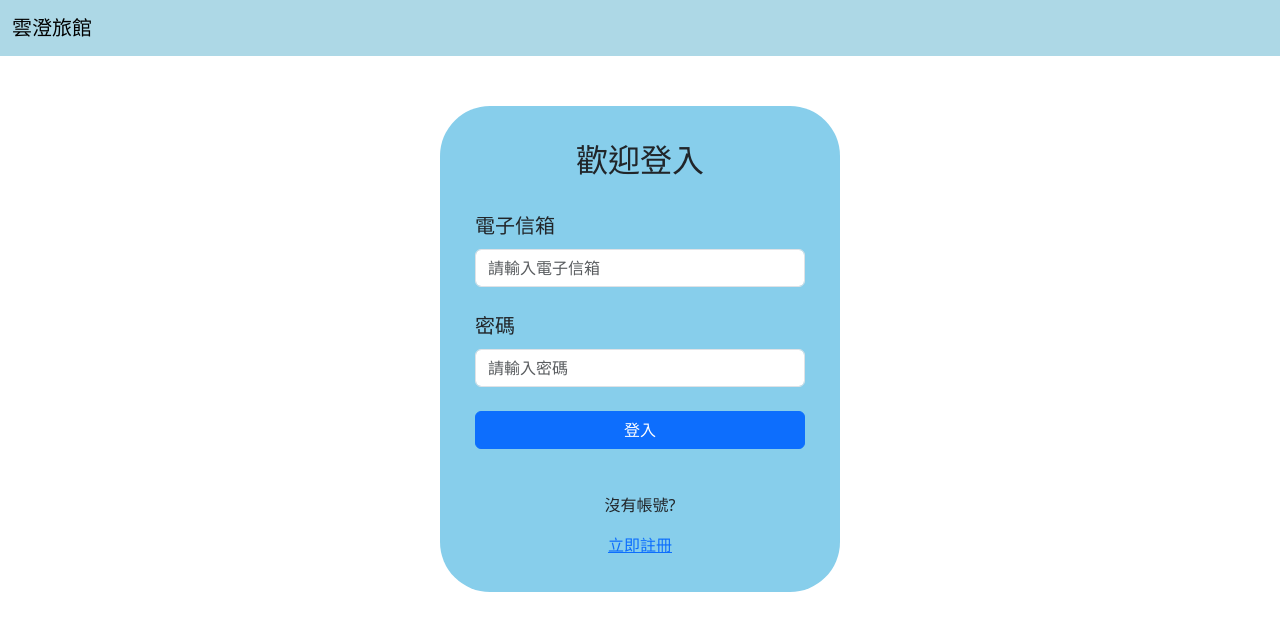
Repository: f97022/EEIT90
Page: http://localhost/CloudSerenityHotel/static/login.jsp
These files come from the project's save history. The page is drawn as it stood at one moment and after the next save; the edit follows.
The browser window is 1280 px wide. The pictures show the whole page.
The page is served by Tomcat 10. Nobody is signed in. The application's start-up code is not run. Other server files are loaded and not shown.

Above is the page before, as saved 2024-11-24 10:01:02.

### project/CloudSerenityHotel/src/main/webapp/static/login.jsp
<%@ page language="java" contentType="text/html; charset=UTF-8"
	pageEncoding="UTF-8"%>
<!DOCTYPE html>
<html lang="zh-tw">

<head>
	<meta charset="UTF-8" />
	<meta name="viewport" content="width=device-width, initial-scale=1.0" />
	<title>雲澄旅館-登入會員</title>
	<link href="https://cdn.jsdelivr.net/npm/bootstrap@5.3.3/dist/css/bootstrap.min.css" rel="stylesheet"
		integrity="sha384-QWTKZyjpPEjISv5WaRU9OFeRpok6YctnYmDr5pNlyT2bRjXh0JMhjY6hW+ALEwIH" crossorigin="anonymous" />
	<link rel="stylesheet" href="https://cdnjs.cloudflare.com/ajax/libs/font-awesome/6.7.1/css/all.min.css">
	<style>
		.login {
			margin: auto;
			padding: 50px 0;
			display: flex;
			justify-content: center;
		}

		.loginform {
			padding: 35px 35px;
			width: 400px;
			display: block;
			border-radius: 50px;
			background-color: skyblue;
		}

		.nav-bgc {
			background-color: lightblue;
		}

		#errorMessage {
			padding: 10px 0;
			margin: 0;
			color: #c70000;
			font-weight: bold;
			visibility: hidden;
			text-align: center;
		}
	</style>
</head>

<body>
	<nav class="navbar navbar-light nav-bgc">
		<div class="container-fluid">
			<a class="navbar-brand" href="#">雲澄旅館</a>
		</div>
	</nav>
	<div class="login container">
		<form class="loginform" method="post" action="/user/login">
			<center>
				<h2>歡迎登入</h2>
			</center>
			<br /> <label for="Email" class="form-label fs-5">電子信箱</label> <input type="email" class="form-control" id="Email"
				placeholder="請輸入電子信箱" required /> <br /> <label for="Password" class="form-label fs-5">密碼</label>
			<input type="password" class="form-control" id="Password" placeholder="請輸入密碼" minlength="8" maxlength="64"
				required /> <br />
			<div class="d-grid gap-2 mx-auto">
				<button type="submit" class="btn btn-primary">登入</button>
			</div>
			<p id="errorMessage">
				<i class="fa-solid fa-circle-xmark"></i>
				<%
				String errorMessage = (String) request.getAttribute("errorMessage");
				if (errorMessage != null) {
					out.print(errorMessage);
				}
				%>
			</p>
			<center>
				<p style='text-align: center'>沒有帳號? </p><a href="register.html">立即註冊</a>
			</center>
		</form>
	</div>

	<script src="https://cdn.jsdelivr.net/npm/bootstrap@5.3.3/dist/js/bootstrap.bundle.min.js"
		integrity="sha384-YvpcrYf0tY3lHB60NNkmXc5s9fDVZLESaAA55NDzOxhy9GkcIdslK1eN7N6jIeHz" crossorigin="anonymous">
	</script>
	<script src="https://code.jquery.com/jquery-3.7.1.js" integrity="sha256-eKhayi8LEQwp4NKxN+CfCh+3qOVUtJn3QNZ0TciWLP4="
		crossorigin="anonymous"></script>
	<script>
		$(document).ready(function () {
			showErrorMsg(); // 在頁面加載時執行
		});

		function showErrorMsg() {
			let msg = $('#errorMessage').text().trim(); // 取得錯誤訊息
			if (msg.length > 0) { // 如果訊息不為空，顯示錯誤訊息
				$('#errorMessage').css('visibility', 'visible');
			} else { // 如果沒有訊息，隱藏錯誤訊息
				$('#errorMessage').css('visibility', 'hidden');
			}
		}
	</script>
</body>

</html>

After the next save:
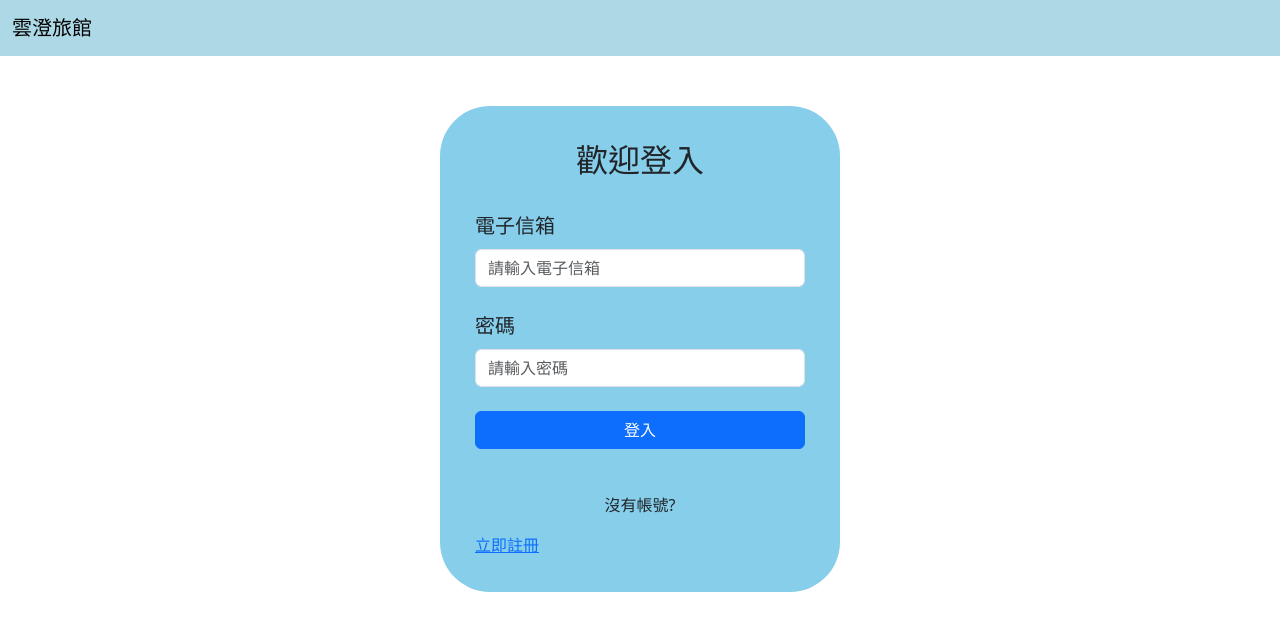
Saved 12 s later.
--- a/project/CloudSerenityHotel/src/main/webapp/static/login.jsp
+++ b/project/CloudSerenityHotel/src/main/webapp/static/login.jsp
@@ -68,9 +68,7 @@
 				}
 				%>
 			</p>
-			<center>
-				<p style='text-align: center'>沒有帳號? </p><a href="register.html">立即註冊</a>
-			</center>
+			<p style='text-align: center'>沒有帳號? </p><a href="register.html">立即註冊</a>
 		</form>
 	</div>
 
